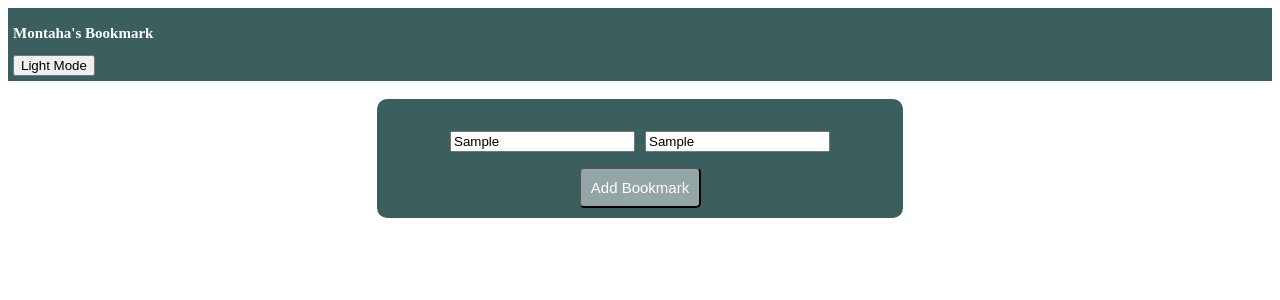
Repository: eidimontaha18-maker/finalproject
Page: index.html
The author's editor kept a copy of each file at every save. The page is drawn from the files as they stood at one save, then again after the next save.
The browser window is 1280 px wide. The pictures show the whole page.
Empty fields were first filled with sample values (such as "Sample", 5 or name@example.com).
After loading, the first visible `#mode` was clicked once.

Above is the page before, as saved 2025-11-26 01:00:29.

### index.html
<!DOCTYPE html>
<html lang="en">
<head>
    <meta charset="UTF-8">
    <meta name="viewport" content="width=device-width, initial-scale=1.0">
    <title>Montaha's Bookmark</title>
    <link rel="stylesheet" href="style.css">
</head>
<body>
    <nav>
        <h1>Montaha's Bookmark</h1>
        <button id="mode">Mode</button>
    </nav>
    <br>
    <main>
        <div class="addbookmark">
            <input type="text" placeholder="Title" id="title" />
            <input type="text" placeholder="https://example.com" id="url" />
            <br>
            <button id="addbtn">Add Bookmark</button>
        </div>
        <div>
            <ul id="bookmark-list" class="bookmark-list"></ul>
        </div>
    </main>
     <script src="script.js"></script>
</body>
</html>

### style.css
.addbookmark{
    background-color: rgb(59, 94, 94);
    padding: 10px;
    width: 40%;
    margin: auto;
    border-radius: 10px;
    text-align: center;
    font-size: 40px;
}
#addbtn{
    background-color: rgb(147, 165, 165);
    color: white;
    padding: 10px;
    border-radius: 5px;
    font-size: 15px;
    cursor: pointer;
}

nav{
    background-color: rgb(59, 94, 94);
    text-align: left;
    padding:5px;
    margin-top: 0%;
    font-size: 10px;
    color: white;
    font-weight: bold;
}

.bookmark-list{
    width: auto;
    margin-top: 20px;
    padding: 0;
    list-style-type: none;
    font-size: 15px
}
.bookmark-list li{
    background-color: rgb(233, 240, 240);
    margin-bottom: 10px;
    padding: 10px;
    border-radius: 5px;
    display: flex;
    justify-content:right
}
.bookmark-list li a{
    color: rgb(36, 5, 173);
    text-decoration: none;
}
.openbtn{
    background-color: rgb(147, 165, 165);
    color: white;
    padding: 5px;
    border-radius: 5px;
    font-size: 12px;
    cursor: pointer;
    margin-left: auto;
}
.deletebtn{
    background-color: rgb(255, 99, 71);
    color: white;
    padding: 5px;
    border-radius: 5px;
    font-size: 12px;
    cursor: pointer;
    margin-left: 10px;
}

### script.js
let title = document.getElementById('title');
let url = document.getElementById('url');
let addbtn = document.getElementById('addbtn');

addbtn.addEventListener('click', function() {
    let titleValue = title.value.trim();
    let urlValue = url.value.trim();

    if (titleValue === '' || urlValue === '') {
        alert('Please fill in both fields.');
        return;
    }

    if (!/^https?:\/\//i.test(urlValue)) {
        alert('URL must start with http:// or https://');
        return;
    }

    let bookmarkList = document.getElementById('bookmark-list');
    let listItem = document.createElement('li');

    let link = document.createElement('a');
    link.href = urlValue;
    link.textContent = titleValue;
    link.target = '_blank';
    link.rel = 'noopener noreferrer';

    // Create Open button
    let openBtn = document.createElement('button');
    openBtn.textContent = 'Open';
    openBtn.className = 'openbtn';
    openBtn.addEventListener('click', function() {
        window.open(urlValue, '_blank');
    });

    // Create Delete button
    let deleteBtn = document.createElement('button');
    deleteBtn.textContent = 'Delete';
    deleteBtn.className = 'deletebtn';
    deleteBtn.addEventListener('click', function() {
        listItem.remove();
    });

    listItem.appendChild(link);
    listItem.appendChild(openBtn);
    listItem.appendChild(deleteBtn);
    bookmarkList.appendChild(listItem);

    title.value = '';
    url.value = '';
});

let modeBtn = document.getElementById('mode');
if (modeBtn) {
    modeBtn.addEventListener('click', function() {
        document.body.classList.toggle('dark-mode');
        modeBtn.textContent = document.body.classList.contains('dark-mode') ? 'Light Mode' : 'Dark Mode';
        localStorage.setItem('darkMode', document.body.classList.contains('dark-mode'));
    });

}

After the next save:
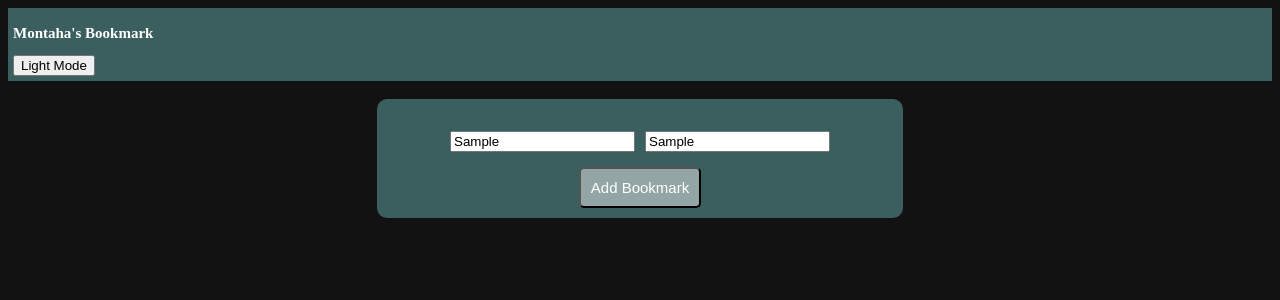
Saved 33 s later.
--- a/style.css
+++ b/style.css
@@ -63,3 +63,7 @@ nav{
     cursor: pointer;
     margin-left: 10px;
 }
+.dark-mode{
+    background-color: #121212;
+    color: white;
+}
